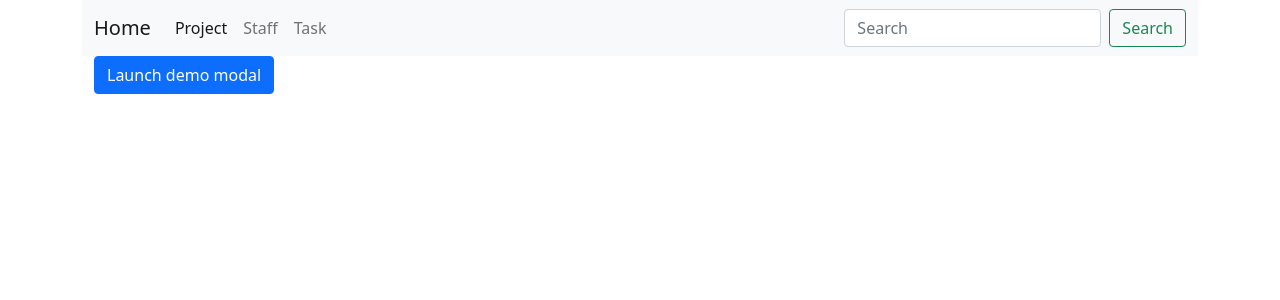
Repository: bro-gitcode/angularProject
Page: /project (app in client/)
The author's editor kept a copy of each file at every save. The page is drawn from the files as they stood at one save, then again after a run of saves.
The browser window is 1280 px wide. The pictures show the whole page.
The project was rebuilt for these pictures with package versions that can differ from the ones it lists, and the page was loaded fresh each time. Also part of the build but not shown: client/angular.json, client/src/app/home/home.component.ts, client/src/app/list-staff/list-staff.component.ts, client/src/app/list-task/list-task.component.ts, client/src/app/edit-project/edit-project.component.ts, client/src/app/edit-staff/edit-staff.component.ts, client/src/app/edit-task/edit-task.component.ts, client/src/app/not-found/not-found.component.ts.

Above is the page before, as saved 2024-06-16 19:44:50.

### client/src/index.html
<!doctype html>
<html lang="en">
<head>
  <meta charset="utf-8">
  <title>Client</title>
  <base href="/">
  <meta name="viewport" content="width=device-width, initial-scale=1">
  <link rel="icon" type="image/x-icon" href="favicon.ico">
  <link href="https://cdn.jsdelivr.net/npm/bootstrap@5.0.2/dist/css/bootstrap.min.css" rel="stylesheet" integrity="sha384-EVSTQN3/azprG1Anm3QDgpJLIm9Nao0Yz1ztcQTwFspd3yD65VohhpuuCOmLASjC" crossorigin="anonymous">
</head>
<body>
  <div class="container">
    <app-root></app-root>
  </div>
<script src="https://cdn.jsdelivr.net/npm/bootstrap@5.0.2/dist/js/bootstrap.bundle.min.js" integrity="sha384-MrcW6ZMFYlzcLA8Nl+NtUVF0sA7MsXsP1UyJoMp4YLEuNSfAP+JcXn/tWtIaxVXM" crossorigin="anonymous"></script>
</body>
</html>

### client/src/app/app.component.ts
import { Component } from '@angular/core';
import { RouterLink, RouterModule, RouterOutlet } from '@angular/router';

@Component({
  selector: 'app-root',
  standalone: true,
  imports: [RouterOutlet,RouterLink,RouterModule],
  templateUrl: './app.component.html',
  styleUrl: './app.component.css'
})
export class AppComponent {
  title = 'client';
}

### client/src/app/app.routes.ts
import { Routes } from '@angular/router';
import { HomeComponent } from './home/home.component';
import { ListProjectComponent } from './list-project/list-project.component';
import { ListStaffComponent } from './list-staff/list-staff.component';
import { ListTaskComponent } from './list-task/list-task.component';
import { EditProjectComponent } from './edit-project/edit-project.component';
import { EditStaffComponent } from './edit-staff/edit-staff.component';
import { EditTaskComponent } from './edit-task/edit-task.component';
import { NotFoundComponent } from './not-found/not-found.component';

export const routes: Routes = [
    {path:'',component: HomeComponent},
    {path:'project',component:ListProjectComponent},
    {path:'staff',component:ListStaffComponent},
    {path:'task',component:ListTaskComponent},
    {path:'project/edit/:id',component:EditProjectComponent},
    {path:'staff/edit/:id',component:EditStaffComponent},
    {path:'task/edit/:id',component:EditTaskComponent},
    {path:'**',component:NotFoundComponent},

];

### client/src/app/app.component.html
<nav class="navbar navbar-expand-lg navbar-light bg-light">
  <div class="container-fluid">
    <a class="navbar-brand" href="#" routerLink="/">Home</a>
    <button class="navbar-toggler" type="button" data-bs-toggle="collapse" data-bs-target="#navbarSupportedContent" aria-controls="navbarSupportedContent" aria-expanded="false" aria-label="Toggle navigation">
      <span class="navbar-toggler-icon"></span>
    </button>
    <div class="collapse navbar-collapse" id="navbarSupportedContent">
      <ul class="navbar-nav me-auto mb-2 mb-lg-0">
        <li class="nav-item">
          <a class="nav-link active" aria-current="page" href="#" routerLink="project">Project</a>
        </li>
        <li class="nav-item">
          <a class="nav-link" href="#" routerLink="staff">Staff</a>
        </li>
        <li class="nav-item">
          <a class="nav-link" href="#" routerLink="task">Task</a>
        </li>
        <!-- <li class="nav-item dropdown">
          <a class="nav-link dropdown-toggle" href="#" id="navbarDropdown" role="button" data-bs-toggle="dropdown" aria-expanded="false">
            Dropdown
          </a>
          <ul class="dropdown-menu" aria-labelledby="navbarDropdown">
            <li><a class="dropdown-item" href="#">Action</a></li>
            <li><a class="dropdown-item" href="#">Another action</a></li>
            <li><hr class="dropdown-divider"></li>
            <li><a class="dropdown-item" href="#">Something else here</a></li>
          </ul>
        </li> -->
        <!-- <li class="nav-item">
          <a class="nav-link disabled" href="#" tabindex="-1" aria-disabled="true">Disabled</a>
        </li> -->
      </ul>
      <form class="d-flex">
        <input class="form-control me-2" type="search" placeholder="Search" aria-label="Search">
        <button class="btn btn-outline-success" type="submit">Search</button>
      </form>
    </div>
  </div>
</nav>

<main class="container">
  <router-outlet></router-outlet>
</main>

### client/src/app/list-project/list-project.component.ts
import { Component } from '@angular/core';

@Component({
  selector: 'app-list-project',
  standalone: true,
  imports: [],
  templateUrl: './list-project.component.html',
  styleUrl: './list-project.component.css'
})
export class ListProjectComponent {

}

### client/src/app/list-project/list-project.component.html
<!-- Button trigger modal -->
<button type="button" class="btn btn-primary" data-bs-toggle="modal" data-bs-target="#exampleModal">
    Launch demo modal
  </button>

  <!-- Modal -->
  <div class="modal fade" id="exampleModal" tabindex="-1" aria-labelledby="exampleModalLabel" aria-hidden="true">
    <div class="modal-dialog">
      <div class="modal-content">
        <div class="modal-header">
          <h5 class="modal-title" id="exampleModalLabel">Modal title</h5>
          <button type="button" class="btn-close" data-bs-dismiss="modal" aria-label="Close"></button>
        </div>
        <div class="modal-body">
            <form>
                <div class="mb-3">
                  <label for="exampleInputEmail1" class="form-label">Email address</label>
                  <input type="email" class="form-control" id="exampleInputEmail1" aria-describedby="emailHelp">
                  <div id="emailHelp" class="form-text">We'll never share your email with anyone else.</div>
                </div>
                <div class="mb-3">
                  <label for="exampleInputPassword1" class="form-label">Password</label>
                  <input type="password" class="form-control" id="exampleInputPassword1">
                </div>
                <div class="mb-3 form-check">
                  <input type="checkbox" class="form-check-input" id="exampleCheck1">
                  <label class="form-check-label" for="exampleCheck1">Check me out</label>
                </div>
                <button type="submit" class="btn btn-primary">Submit</button>
              </form>
        </div>
        <div class="modal-footer">
          <button type="button" class="btn btn-secondary" data-bs-dismiss="modal">Close</button>
          <button type="button" class="btn btn-primary">Save changes</button>
        </div>
      </div>
    </div>
  </div>

Loaded but not shown: client/src/styles.css (common file); client/src/main.ts (common file); client/src/app/app.config.ts (common file); client/src/app/app.component.css (no stored copy; drawn as an empty file); client/src/app/list-project/list-project.component.css (no stored copy; drawn as an empty file)

After the next 6 saves:
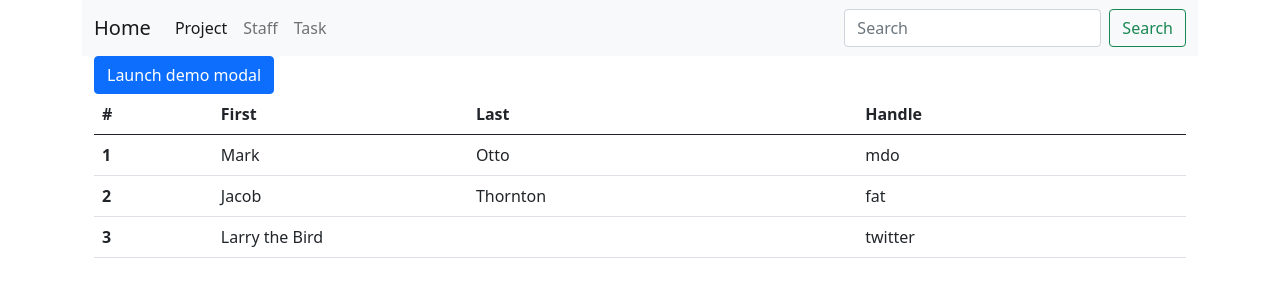
The 6 saves are shown as one change because they came seconds apart.
The last was saved 62 s later.
--- a/client/src/app/list-project/list-project.component.html
+++ b/client/src/app/list-project/list-project.component.html
@@ -36,3 +36,36 @@
       </div>
     </div>
   </div>
+
+
+  <!-- table  -->
+
+  <table class="table">
+    <thead>
+      <tr>
+        <th scope="col">#</th>
+        <th scope="col">First</th>
+        <th scope="col">Last</th>
+        <th scope="col">Handle</th>
+      </tr>
+    </thead>
+    <tbody>
+      <tr>
+        <th scope="row">1</th>
+        <td>Mark</td>
+        <td>Otto</td>
+        <td>mdo</td>
+      </tr>
+      <tr>
+        <th scope="row">2</th>
+        <td>Jacob</td>
+        <td>Thornton</td>
+        <td>fat</td>
+      </tr>
+      <tr>
+        <th scope="row">3</th>
+        <td colspan="2">Larry the Bird</td>
+        <td>twitter</td>
+      </tr>
+    </tbody>
+  </table>
